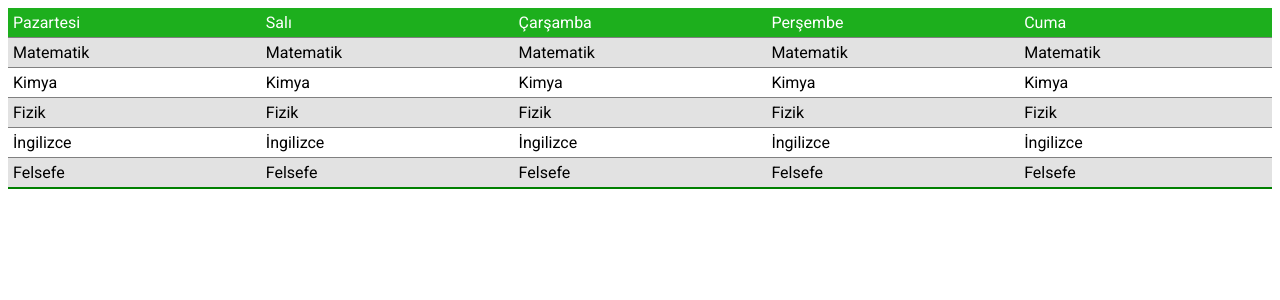
Repository: ahmetbugraozcan/css-ders-programi
Page: deneme.html
An editor plug-in stored every save of this project. The page is shown before and after a run of saves, followed by the edit.
The browser window is 1280 px wide. The pictures show the whole page.

Above is the page before, as saved 2021-07-10 09:47:19.

### deneme.html
<!DOCTYPE html>
<html lang="en">

<head>
    <link href='http://fonts.googleapis.com/css?family=Roboto' rel='stylesheet' type='text/css'>

    <meta charset="UTF-8">
    <meta http-equiv="X-UA-Compatible" content="IE=edge">
    <meta name="viewport" content="width=device-width, initial-scale=1.0">
    <title>Document</title>
</head>
<style>

body {
          font-family: 'Roboto', sans-serif;

        }

    header {
        background-color: rgb(29, 175, 29);
        color: white;
    }

    header,
    .row {
        display: flex;
        /* aligns all child elements (flex items) in a row */
    }

    .col :nth-of-type(odd){
        background-color:rgb(226, 226, 226) ;
    }
    .col :last-child {
        border-bottom: 2px solid green;
    }

    .col > div , header > div{
        padding: 5px;
        border-bottom: 1px solid grey;

    }


    .col {
        flex: 1;
        /* distributes space on the line equally among items */
    }
</style>

<body>

    <header>
        <div class="col">Pazartesi</div>
        <div class="col">Salı</div>
        <div class="col">Çarşamba</div>
        <div class="col">Perşembe</div>
        <div class="col">Cuma</div>
    </header>
    <div class="row">
        <div class="col">
            <div>Matematik</div>
            <div>Kimya</div>
            <div>Fizik</div>
            <div>İngilizce</div>
            <div>Felsefe</div>
        </div>
        <div class="col"><div>Matematik</div><div>Kimya</div>
            <div>Fizik</div>
            <div>İngilizce</div>
            <div>Felsefe</div>
        </div>
        <div class="col"><div>Matematik</div>
            <div>Kimya</div>
            <div>Fizik</div>
            <div>İngilizce</div>
            <div>Felsefe</div>
        </div>
        <div class="col"><div>Matematik</div><div>Kimya</div>
            <div>Fizik</div>
            <div>İngilizce</div>
            <div>Felsefe</div>
        </div>
        <div class="col"><div>Matematik</div>
            <div>Kimya</div>
            <div>Fizik</div>
            <div>İngilizce</div>
            <div>Felsefe</div>
        </div>
    </div>
</body>

</html>

After the next 4 saves:
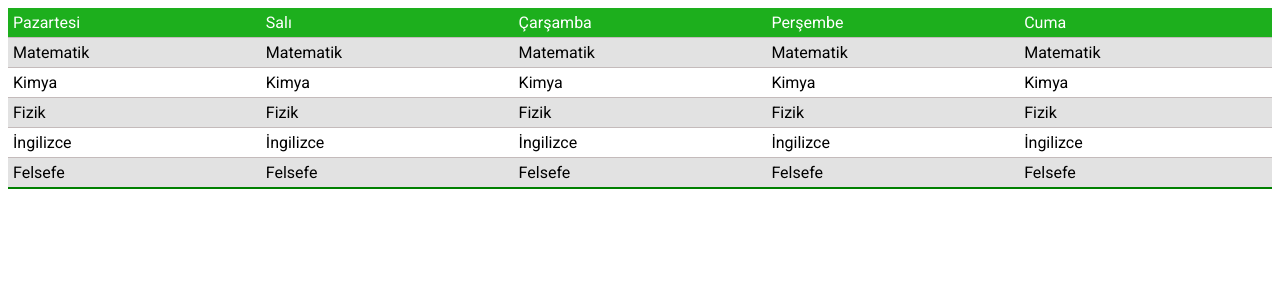
The 4 saves are shown as one change because they came seconds apart.
The last was saved 19 s later.
--- a/deneme.html
+++ b/deneme.html
@@ -36,7 +36,7 @@ body {
 
     .col > div , header > div{
         padding: 5px;
-        border-bottom: 1px solid grey;
+        border-bottom: 1px solid rgb(196, 187, 187);
 
     }
 
